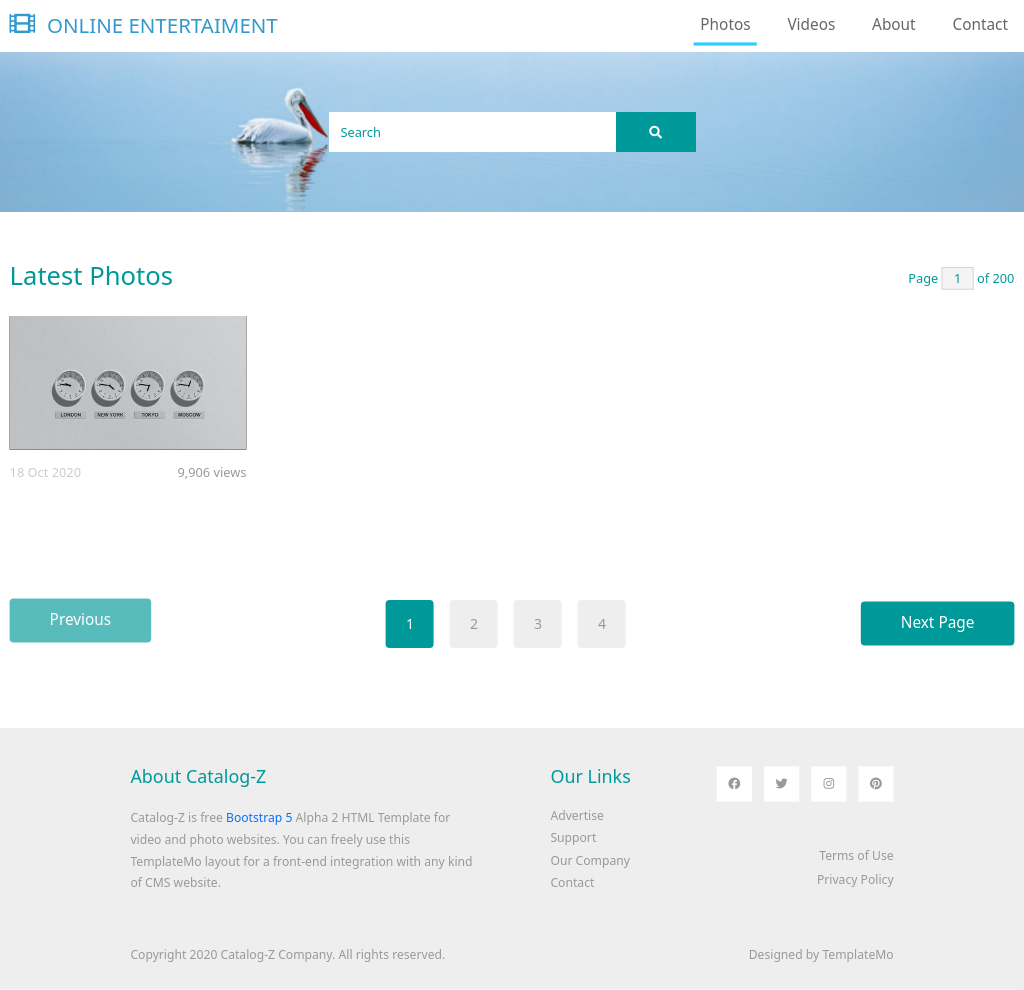
Repository: NguyenGiaHuy1102003/VideoManagementWebsite
Page: http://localhost/AsmJava4/index
An editor plug-in stored every save of this project. The page is shown before and after the next save, followed by the edit.
The browser window is 1280 px wide. The pictures show the whole page, at 80% of full size.
The page is served by Tomcat 9. Other server files are loaded and not shown.

Above is the page before, as saved 2023-07-21 06:12:21.

### WebsiteSellingFlowers/ASMJava4/AsmJava4/src/main/webapp/views/user/index.jsp
<%@ page language="java" contentType="text/html; charset=UTF-8"
    pageEncoding="UTF-8"%>
<%@ include file="/common/taglib.jsp" %>
<!DOCTYPE html>
<html lang="en">
<head>
    <meta charset="UTF-8">
    <meta name="viewport" content="width=device-width, initial-scale=1.0">
    <title>Online Entertaiment</title>
    <%@ include file="/common/head.jsp" %>

</head>
<body>
    <%@ include file="/common/header.jsp" %>


    <div class="container-fluid tm-container-content tm-mt-60">
        <div class="row mb-4">
            <h2 class="col-6 tm-text-primary">
                Latest Photos
            </h2>
            <div class="col-6 d-flex justify-content-end align-items-center">
                <form action="" class="tm-text-primary">
                    Page <input type="text" value="1" size="1" class="tm-input-paging tm-text-primary"> of 200
                </form>
            </div>
        </div>
        <div class="row tm-mb-90 tm-gallery">
        	<div class="col-xl-3 col-lg-4 col-md-6 col-sm-6 col-12 mb-5">
                <figure class="effect-ming tm-video-item">
                    <img src=" <c:url value='templates/user/img/img-03.jpg'/>" alt="Image" class="img-fluid">
                    <figcaption class="d-flex align-items-center justify-content-center">
                        <h2>Clocks</h2>
                        <a href="photo-detail.html">View more</a>
                    </figcaption>
                </figure>
                <div class="d-flex justify-content-between tm-text-gray">
                    <span class="tm-text-gray-light">18 Oct 2020</span>
                    <span>9,906 views</span>
                </div>
            </div>


        </div> <!-- row -->
        <div class="row tm-mb-90">
            <div class="col-12 d-flex justify-content-between align-items-center tm-paging-col">
                <a href="javascript:void(0);" class="btn btn-primary tm-btn-prev mb-2 disabled">Previous</a>
                <div class="tm-paging d-flex">
                    <a href="javascript:void(0);" class="active tm-paging-link">1</a>
                    <a href="javascript:void(0);" class="tm-paging-link">2</a>
                    <a href="javascript:void(0);" class="tm-paging-link">3</a>
                    <a href="javascript:void(0);" class="tm-paging-link">4</a>
                </div>
                <a href="javascript:void(0);" class="btn btn-primary tm-btn-next">Next Page</a>
            </div>
        </div>
    </div>

    <%@ include file="/common/footer.jsp" %>
</body>
</html>

### WebsiteSellingFlowers/ASMJava4/AsmJava4/src/main/webapp/common/taglib.jsp

<%@ taglib prefix="c" uri="http://java.sun.com/jsp/jstl/core" %>

### WebsiteSellingFlowers/ASMJava4/AsmJava4/src/main/webapp/common/head.jsp
<link rel="stylesheet" href="<c:url value='templates/user/css/bootstrap.min.css'/>">
<link rel="stylesheet" href="<c:url value='templates/user/fontawesome/css/all.min.css'/>">
<link rel="stylesheet" href="<c:url value='templates/user/css/templatemo-style.css'/>">

### WebsiteSellingFlowers/ASMJava4/AsmJava4/src/main/webapp/common/header.jsp
<%@ page language="java" contentType="text/html; charset=UTF-8"
	pageEncoding="UTF-8"%>
<!-- Page Loader -->
<div id="loader-wrapper">
	<div id="loader"></div>

	<div class="loader-section section-left"></div>
	<div class="loader-section section-right"></div>

</div>
<nav class="navbar navbar-expand-lg">
	<div class="container-fluid">
		<a class="navbar-brand" href="#"> <i class="fas fa-film mr-2"></i>
			ONLINE ENTERTAIMENT
		</a>
		<button class="navbar-toggler" type="button" data-toggle="collapse"
			data-target="#navbarSupportedContent"
			aria-controls="navbarSupportedContent" aria-expanded="false"
			aria-label="Toggle navigation">
			<i class="fas fa-bars"></i>
		</button>
		<div class="collapse navbar-collapse" id="navbarSupportedContent">
			<ul class="navbar-nav ml-auto mb-2 mb-lg-0">
				<li class="nav-item"><a class="nav-link nav-link-1 active"
					aria-current="page" href="index.html">Photos</a></li>
				<li class="nav-item"><a class="nav-link nav-link-2"
					href="videos.html">Videos</a></li>
				<li class="nav-item"><a class="nav-link nav-link-3"
					href="about.html">About</a></li>
				<li class="nav-item"><a class="nav-link nav-link-4"
					href="contact.html">Contact</a></li>
			</ul>
		</div>
	</div>
</nav>

<div class="tm-hero d-flex justify-content-center align-items-center"
	data-parallax="scroll" data-image-src="img/hero.jpg">
	<form class="d-flex tm-search-form">
		<input class="form-control tm-search-input" type="search"
			placeholder="Search" aria-label="Search">
		<button class="btn btn-outline-success tm-search-btn" type="submit">
			<i class="fas fa-search"></i>
		</button>
	</form>
</div>

### WebsiteSellingFlowers/ASMJava4/AsmJava4/src/main/webapp/common/footer.jsp
<%@ page language="java" contentType="text/html; charset=UTF-8"
	pageEncoding="UTF-8"%>
<footer class="tm-bg-gray pt-5 pb-3 tm-text-gray tm-footer">
	<div class="container-fluid tm-container-small">
		<div class="row">
			<div class="col-lg-6 col-md-12 col-12 px-5 mb-5">
				<h3 class="tm-text-primary mb-4 tm-footer-title">About
					Catalog-Z</h3>
				<p>
					Catalog-Z is free <a rel="sponsored"
						href="https://v5.getbootstrap.com/">Bootstrap 5</a> Alpha 2 HTML
					Template for video and photo websites. You can freely use this
					TemplateMo layout for a front-end integration with any kind of CMS
					website.
				</p>
			</div>
			<div class="col-lg-3 col-md-6 col-sm-6 col-12 px-5 mb-5">
				<h3 class="tm-text-primary mb-4 tm-footer-title">Our Links</h3>
				<ul class="tm-footer-links pl-0">
					<li><a href="#">Advertise</a></li>
					<li><a href="#">Support</a></li>
					<li><a href="#">Our Company</a></li>
					<li><a href="#">Contact</a></li>
				</ul>
			</div>
			<div class="col-lg-3 col-md-6 col-sm-6 col-12 px-5 mb-5">
				<ul class="tm-social-links d-flex justify-content-end pl-0 mb-5">
					<li class="mb-2"><a href="https://facebook.com"><i
							class="fab fa-facebook"></i></a></li>
					<li class="mb-2"><a href="https://twitter.com"><i
							class="fab fa-twitter"></i></a></li>
					<li class="mb-2"><a href="https://instagram.com"><i
							class="fab fa-instagram"></i></a></li>
					<li class="mb-2"><a href="https://pinterest.com"><i
							class="fab fa-pinterest"></i></a></li>
				</ul>
				<a href="#" class="tm-text-gray text-right d-block mb-2">Terms
					of Use</a> <a href="#" class="tm-text-gray text-right d-block">Privacy
					Policy</a>
			</div>
		</div>
		<div class="row">
			<div class="col-lg-8 col-md-7 col-12 px-5 mb-3">Copyright 2020
				Catalog-Z Company. All rights reserved.</div>
			<div class="col-lg-4 col-md-5 col-12 px-5 text-right">
				Designed by <a href="https://templatemo.com" class="tm-text-gray"
					rel="sponsored" target="_parent">TemplateMo</a>
			</div>
		</div>
	</div>
</footer>

<script src="<c:url value='/templates/user/js/plugins.js'/>"></script>
<script>
        $(window).on("load", function() {
            $('body').addClass('loaded');
        });
    </script>

### WebsiteSellingFlowers/ASMJava4/AsmJava4/src/main/java/com/poly/controller/HomeController.java
package com.poly.controller;

import java.io.IOException;

import javax.servlet.ServletException;
import javax.servlet.annotation.WebServlet;
import javax.servlet.http.HttpServlet;
import javax.servlet.http.HttpServletRequest;
import javax.servlet.http.HttpServletResponse;
@WebServlet(urlPatterns = {"/index"})
public class HomeController extends HttpServlet
{
	private static final long serialVersionUID = 1L;

	@Override
	protected void doGet(HttpServletRequest req, HttpServletResponse resp)
			throws ServletException, IOException {
		req.getRequestDispatcher("/views/user/index.jsp").forward(req, resp);
	}

}

### WebsiteSellingFlowers/ASMJava4/AsmJava4/src/main/webapp/templates/user/css/templatemo-style.css
/*

TemplateMo 556 Catalog-Z

https://templatemo.com/tm-556-catalog-z

*/

#loader-wrapper {
    position: fixed;
    top: 0;
    left: 0;
    width: 100%;
    height: 100%;
    z-index: 1001;
}
#loader {
    display: block;
    position: relative;
    left: 50%;
    top: 50%;
    width: 150px;
    height: 150px;
    margin: -75px 0 0 -75px;
    border-radius: 50%;
    border: 3px solid transparent;
    border-top-color: #3498db;

    -webkit-animation: spin 2s linear infinite; /* Chrome, Opera 15+, Safari 5+ */
    animation: spin 2s linear infinite; /* Chrome, Firefox 16+, IE 10+, Opera */

    z-index: 1002;
}

    #loader:before {
        content: "";
        position: absolute;
        top: 5px;
        left: 5px;
        right: 5px;
        bottom: 5px;
        border-radius: 50%;
        border: 3px solid transparent;
        border-top-color: #e74c3c;

        -webkit-animation: spin 3s linear infinite; /* Chrome, Opera 15+, Safari 5+ */
        animation: spin 3s linear infinite; /* Chrome, Firefox 16+, IE 10+, Opera */
    }

    #loader:after {
        content: "";
        position: absolute;
        top: 15px;
        left: 15px;
        right: 15px;
        bottom: 15px;
        border-radius: 50%;
        border: 3px solid transparent;
        border-top-color: #f9c922;

        -webkit-animation: spin 1.5s linear infinite; /* Chrome, Opera 15+, Safari 5+ */
          animation: spin 1.5s linear infinite; /* Chrome, Firefox 16+, IE 10+, Opera */
    }

    @-webkit-keyframes spin {
        0%   {
            -webkit-transform: rotate(0deg);  /* Chrome, Opera 15+, Safari 3.1+ */
            -ms-transform: rotate(0deg);  /* IE 9 */
            transform: rotate(0deg);  /* Firefox 16+, IE 10+, Opera */
        }
        100% {
            -webkit-transform: rotate(360deg);  /* Chrome, Opera 15+, Safari 3.1+ */
            -ms-transform: rotate(360deg);  /* IE 9 */
            transform: rotate(360deg);  /* Firefox 16+, IE 10+, Opera */
        }
    }
    @keyframes spin {
        0%   {
            -webkit-transform: rotate(0deg);  /* Chrome, Opera 15+, Safari 3.1+ */
            -ms-transform: rotate(0deg);  /* IE 9 */
            transform: rotate(0deg);  /* Firefox 16+, IE 10+, Opera */
        }
        100% {
            -webkit-transform: rotate(360deg);  /* Chrome, Opera 15+, Safari 3.1+ */
            -ms-transform: rotate(360deg);  /* IE 9 */
            transform: rotate(360deg);  /* Firefox 16+, IE 10+, Opera */
        }
    }

    #loader-wrapper .loader-section {
        position: fixed;
        top: 0;
        width: 51%;
        height: 100%;
        background: #222222;
        z-index: 1001;
        -webkit-transform: translateX(0);  /* Chrome, Opera 15+, Safari 3.1+ */
        -ms-transform: translateX(0);  /* IE 9 */
        transform: translateX(0);  /* Firefox 16+, IE 10+, Opera */
    }

    #loader-wrapper .loader-section.section-left {
        left: 0;
    }

    #loader-wrapper .loader-section.section-right {
        right: 0;
    }

    /* Loaded */
    .loaded #loader-wrapper .loader-section.section-left {
        -webkit-transform: translateX(-100%);  /* Chrome, Opera 15+, Safari 3.1+ */
            -ms-transform: translateX(-100%);  /* IE 9 */
                transform: translateX(-100%);  /* Firefox 16+, IE 10+, Opera */

        -webkit-transition: all 0.7s 0.3s cubic-bezier(0.645, 0.045, 0.355, 1.000);
                transition: all 0.7s 0.3s cubic-bezier(0.645, 0.045, 0.355, 1.000);
    }

    .loaded #loader-wrapper .loader-section.section-right {
        -webkit-transform: translateX(100%);  /* Chrome, Opera 15+, Safari 3.1+ */
            -ms-transform: translateX(100%);  /* IE 9 */
                transform: translateX(100%);  /* Firefox 16+, IE 10+, Opera */

-webkit-transition: all 0.7s 0.3s cubic-bezier(0.645, 0.045, 0.355, 1.000);
        transition: all 0.7s 0.3s cubic-bezier(0.645, 0.045, 0.355, 1.000);
    }

    .loaded #loader {
        opacity: 0;
        -webkit-transition: all 0.3s ease-out;
                transition: all 0.3s ease-out;
    }
    .loaded #loader-wrapper {
        visibility: hidden;

        -webkit-transform: translateY(-100%);  /* Chrome, Opera 15+, Safari 3.1+ */
            -ms-transform: translateY(-100%);  /* IE 9 */
                transform: translateY(-100%);  /* Firefox 16+, IE 10+, Opera */

        -webkit-transition: all 0.3s 1s ease-out;
                transition: all 0.3s 1s ease-out;
    }

p { line-height: 1.8; }

a {
    text-decoration: none;
    transition: all 0.3s ease;
}
a:hover { color:#009999; }
.container-fluid { max-width: 1770px; }
.tm-container-small { max-width: 1050px; }
.btn { border-radius: 0; }
.btn-primary {
    background-color: #009999;
    border: 0;
    border-radius: 5px;
    padding: 12px 50px 14px;
    font-size: 1.2rem;
}

.btn-primary:hover,
.btn-primary:focus {
    background-color:#086969;
}

.btn-primary.disabled,
.btn-primary:disabled {
    background-color: #009999;
    pointer-events: all;
    cursor: not-allowed;
}

.form-control {
	padding: 10px 20px;
	width: 100%;
	height: auto;
}

.form-group { margin-bottom: 25px; }
.tm-btn-big { padding: 12px 90px 14px; }

.navbar-toggler:focus { box-shadow: none; }
.navbar-brand {
    color: #3399CC;
    font-size: 1.6rem;
}

.navbar-brand i { font-size: 2rem; }

.tm-hero {
    min-height: 200px;
    background: transparent;
}

.tm-mt-60 { margin-top: 60px; }
.tm-mb-50 { margin-bottom: 50px; }
.tm-mb-74 { margin-bottom: 74px; }
.tm-mb-90 { margin-bottom: 90px; }
.tm-text-primary { color: #009999; }
.tm-text-secondary { color: #CC6699; }
a.tm-text-primary:hover { color:#666666; }
.tm-bg-gray { background-color: #EEEEEE; }
.tm-input-paging {
    width: 40px;
    border-radius: 0;
    border: 1px solid #CCCCCC;
    background: #f4f4f4;
    text-align: center;
}

.nav-item { margin-right: 30px; }
.nav-item:last-child { margin-right: 0; }

.nav-link {
    color: #666666;
    border-bottom: 4px solid transparent;
    font-size: 1.2rem;
}

.nav-link-1.active,
.nav-link-1:hover {
    border-color: #33CCFF;
}

.nav-link-2.active,
.nav-link-2:hover {
    border-color: #FF6666;
}

.nav-link-3.active,
.nav-link-3:hover {
    border-color: #33CC66;
}

.nav-link-4.active,
.nav-link-4:hover {
    border-color: #CC66CC;
}

.tm-search-input {
    width: 360px;
    border-radius: 0;
    padding: 12px 15px;
    color: #009999;
    border: none;
}

.tm-search-input:focus {
    border-color: #009999;
    box-shadow: 0 0 0 0.25rem rgb(0 153 153 / 0.25);
}

.tm-search-input::placeholder { /* Chrome, Firefox, Opera, Safari 10.1+ */
    color: #009999;
    opacity: 1; /* Firefox */
}

.tm-search-input::-ms-input-placeholder { /* Microsoft Edge */
    color: #009999;
}

.tm-search-btn {
    color: white;
    background-color: #009999;
    border: none;
    width: 100px;
    height: 50px;
    margin-left: -1px;
}

p, .tm-text-gray { color: #999; }
.tm-text-gray-light { color: #CCC; }
.tm-text-gray-dark { color: #666; }

.tm-video-item {
    position: relative;
    overflow: hidden;
    text-align: center;
    cursor: pointer;
}

.tm-video-item img {
    position: relative;
    display: block;
    min-height: 100%;
    max-width: 100%;
    opacity: 0.8;
}

.tm-video-item figcaption {
    padding: 2em;
    color: #fff;
    text-transform: uppercase;
    font-size: 1.25em;
    -webkit-backface-visibility: hidden;
	backface-visibility: hidden;
}

.tm-video-item figcaption::before,
.tm-video-item figcaption::after {
    pointer-events: none;
}

.tm-video-item figcaption,
.tm-video-item figcaption > a {
    position: absolute;
    top: 0;
    left: 0;
    width: 100%;
    height: 100%;
}

.tm-video-item figcaption > a {
	z-index: 1000;
	text-indent: 200%;
	white-space: nowrap;
	font-size: 0;
	opacity: 0;
}

.tm-video-item h2 {
    word-spacing: -0.15em;
    font-weight: 300;
}

.tm-video-item h2,
.tm-video-item p {
    margin: 0;
}

.tm-video-item p {
    letter-spacing: 1px;
    font-size: 68.5%;
}

.tm-gallery div.d-block { animation: show .5s ease; }

@keyframes show {
    0% {
    	opacity: 0;
    	transform: scale(0.9);
    }
    100% {
    	opacity: 1;
    	transform: scale(1);
    }
}

.tm-paging-link {
    display: flex;
    justify-content: center;
    align-items: center;
    width: 60px;
    height: 60px;
    font-size: 1.1rem;
    color: #999;
    background-color: #EEEEEE;
    margin: 10px;
    border-radius: 5px;
    text-decoration: none;
    transition: all 0.3s ease;
}

.tm-paging-link:hover,
.tm-paging-link.active {
    background-color: #009999;
    color: #fff;
}

/*---------------*/
/***** Ming *****/
/*---------------*/

figure.effect-ming {
	background: #030c17;
}

figure.effect-ming img {
	opacity: 0.9;
	-webkit-transition: opacity 0.35s;
	transition: opacity 0.35s;
}

figure.effect-ming figcaption::before {
	position: absolute;
	top: 30px;
	right: 30px;
	bottom: 30px;
	left: 30px;
	border: 2px solid #fff;
	box-shadow: 0 0 0 30px rgba(255,255,255,0.2);
	content: '';
	opacity: 0;
	-webkit-transition: opacity 0.35s, -webkit-transform 0.35s;
	transition: opacity 0.35s, transform 0.35s;
	-webkit-transform: scale3d(1.4,1.4,1);
	transform: scale3d(1.4,1.4,1);
}

figure.effect-ming h2 {
    font-size: 1.3em;
	opacity: 0;
	-webkit-transition: opacity 0.35s, -webkit-transform 0.35s;
	transition: opacity 0.35s, transform 0.35s;
	-webkit-transform: scale(1.5);
	transform: scale(1.5);
}

figure.effect-ming:hover figcaption::before,
figure.effect-ming:hover h2 {
	opacity: 1;
	-webkit-transform: scale3d(1,1,1);
	transform: scale3d(1,1,1);
}

figure.effect-ming:hover figcaption { background-color: rgba(58,52,42,0); }
figure.effect-ming:hover img { opacity: 0.4; }

.tm-footer-links li {
    list-style: none;
    margin-bottom: 5px;
}

.tm-footer-links li a { color: #999999; }
.tm-footer-links li a:hover { color: #009999; }

.tm-social-links li {
    list-style: none;
    margin-right: 15px;
}

.tm-social-links li:last-child { margin-right: 0; }

.tm-social-links li a  {
    color: #999999;
    width: 44px;
    height: 44px;
    display: flex;
    background-color: #fff;
    align-items: center;
    justify-content: center;
}

.tm-social-links li a:hover {
    color: #fff;
    background-color: #009999;
}

.tm-footer { font-size: 0.95rem; }
.tm-footer-title { font-size: 1.4rem; }

/* Videos */
#tm-video-container {
    max-height: 400px;
    overflow: hidden;
    background-color: #333;
    margin-bottom: 90px;
    position: relative;
}

#tm-video {
    display: block;
    width: 100%;
    height: auto;
}

#tm-video-control-button {
    position: absolute;
    bottom: 20px;
    right: 20px;
    z-index: 1000;
    color: #e1e1e1;
}

.tm-video-details {
    height: 100%;
    padding: 40px;
}

/* About */
.tm-row-1640 { max-width: 1640px; }
.tm-about-2-col { max-width: 716px; }
.tm-about-3-col { max-width: 540px; }

.tm-about-2-col,
.tm-about-3-col {
    margin-bottom: 50px;
}

.tm-about-icon-container {
    width: 150px;
    height: 150px;
    border: 1px solid #009999;
    display: flex;
    align-items: center;
    justify-content: center;
}

.tm-about-img-text { max-width: 940px; }

/* Contact */
select.form-control { border-radius: 0; }
select.form-control option { height: 30px; }

select:not([multiple]) {
    -webkit-appearance: none;
    -moz-appearance: none;
    background-position: right 15px center;
    background-repeat: no-repeat;
    background-image: url(../img/select-arrow.png);
    padding: 14px 20px;
    padding-right: 20px;
    color: #666;
}

.mapouter{
    position:relative;
    height:480px;
    width:100%;
    max-width: 480px;
}

.gmap-canvas {
    overflow:hidden;
    background:none!important;
    height:480px;
    width:100%;
}

.tm-contact-form { max-width: 420px; }
.tm-address-col { max-width: 520px; }
.tm-contacts { padding-left: 0; }

.tm-contacts li {
    list-style: none;
    margin-bottom: 20px;
}

.tm-contacts li a i { width: 30px; }
.tm-social { display: flex; }

.tm-social li {
    list-style: none;
    margin-bottom: 20px;
    margin-right: 15px;
}

.tm-social li a i {
    width: 40px;
    height: 40px;
    color: #666666;
    background-color: #EEEEEE;
    display: flex;
    align-items: center;
    justify-content: center;
    transition: all 0.3s ease;
}

.tm-social li a:hover i {
    color: #fff;
    background-color: #009999;
}

.form-control,
input:-internal-autofill-selected,
select:not([multiple]) {
    color: #009999 !important;
}

.form-control::placeholder { /* Chrome, Firefox, Opera, Safari 10.1+ */
    color:  #009999;
    opacity: 1; /* Firefox */
}

@media (max-width: 991px) {
    .navbar-collapse {
        position: fixed;
        top: 50px;
        right: 0px;
        background: white;
        width: 150px;
        padding: 15px;
    }

    .tm-container-content { max-width: 870px; }
    .tm-contact-form, .tm-address-col, .mapouter { max-width: 100%; }
    .tm-people-row { max-width: 900px; }
}

@media (max-width: 767px) {
    .tm-paging-col { flex-direction: column; }
    .tm-paging { flex-wrap: wrap; }
    .tm-about-img-text { max-width: 640px; }
    .tm-about-2-col, .tm-about-3-col { margin-bottom: 50px; }
}

@media (max-width: 575px) {
    .tm-container-content { max-width: 420px; }

    .tm-search-form {
        padding-left: 15px;
        padding-right: 15px;
        width: 100%;
        justify-content: center;
    }

    .tm-search-input {
        width: 100%;
        max-width: 360px;
    }

    .tm-people-row { max-width: 420px; }
}

@media (max-width: 400px) {
    .tm-btn-big { padding: 12px 50px 14px; }
}

@media (max-width: 334px) {
    .tm-social-links {
        flex-wrap: wrap;
        justify-content: start !important;
    }

    .tm-social-links li { margin-right: 3px; }
}

Loaded but not shown: WebsiteSellingFlowers/ASMJava4/AsmJava4/src/main/webapp/templates/user/css/bootstrap.min.css (library); WebsiteSellingFlowers/ASMJava4/AsmJava4/src/main/webapp/templates/user/fontawesome/css/all.min.css (library); WebsiteSellingFlowers/ASMJava4/AsmJava4/src/main/webapp/templates/user/js/plugins.js (library)

After the next save:
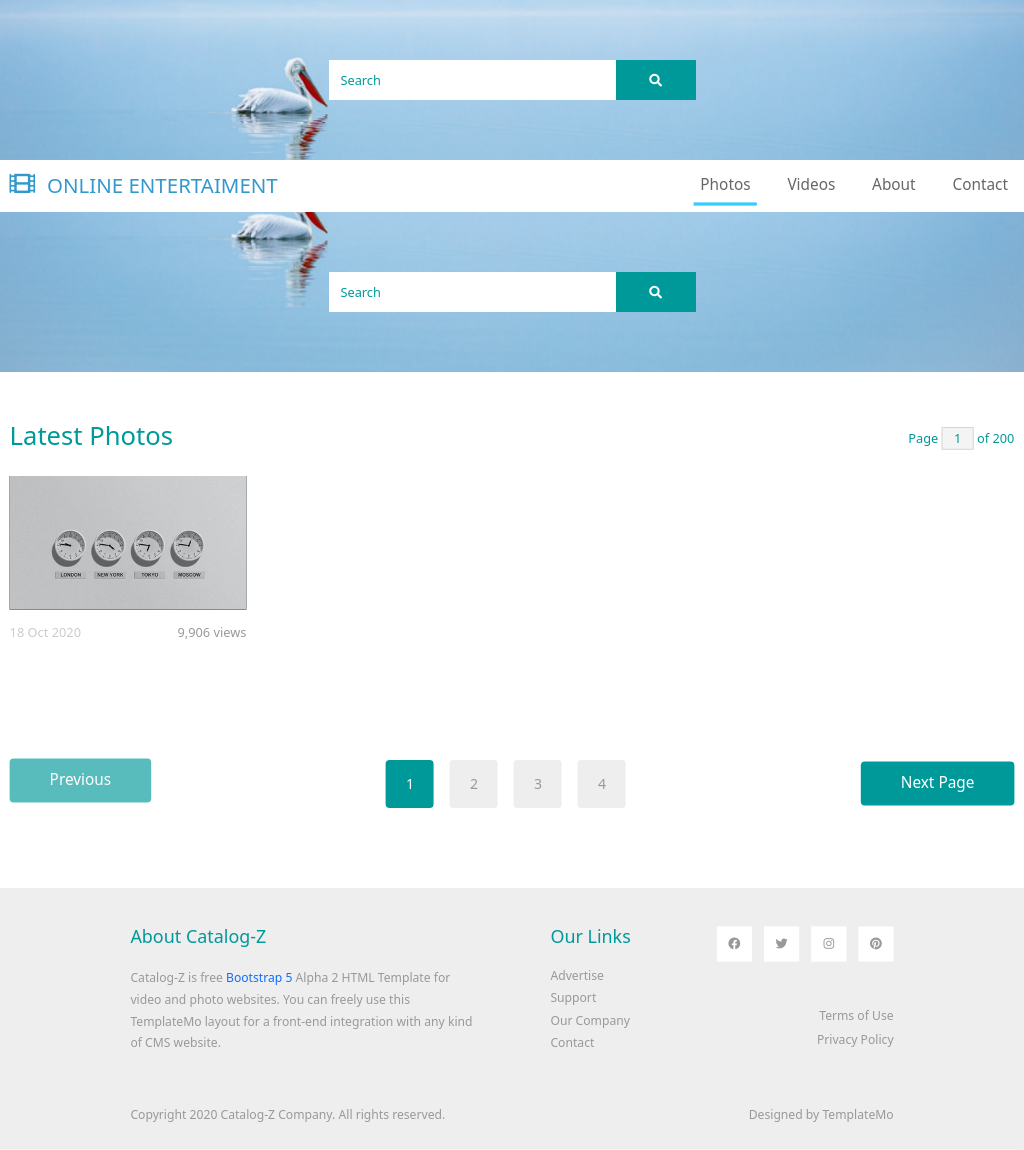
Saved 55 s later.
--- a/WebsiteSellingFlowers/ASMJava4/AsmJava4/src/main/webapp/common/header.jsp
+++ b/WebsiteSellingFlowers/ASMJava4/AsmJava4/src/main/webapp/common/header.jsp
@@ -1,6 +1,9 @@
 <%@ page language="java" contentType="text/html; charset=UTF-8"
 	pageEncoding="UTF-8"%>
-<!-- Page Loader -->
+<!-- Page Loader
+data-image-src="<c:url value='templates/user/img/hero.jpg'/>">
+
+ -->
 <div id="loader-wrapper">
 	<div id="loader"></div>
 
@@ -8,6 +11,14 @@
 	<div class="loader-section section-right"></div>
 
 </div>
+<div class="tm-hero d-flex justify-content-center align-items-center" data-parallax="scroll" data-image-src="<c:url value='templates/user/img/hero.jpg'/>">
+        <form class="d-flex tm-search-form">
+            <input class="form-control tm-search-input" type="search" placeholder="Search" aria-label="Search">
+            <button class="btn btn-outline-success tm-search-btn" type="submit">
+                <i class="fas fa-search"></i>
+            </button>
+        </form>
+    </div>
 <nav class="navbar navbar-expand-lg">
 	<div class="container-fluid">
 		<a class="navbar-brand" href="#"> <i class="fas fa-film mr-2"></i>
